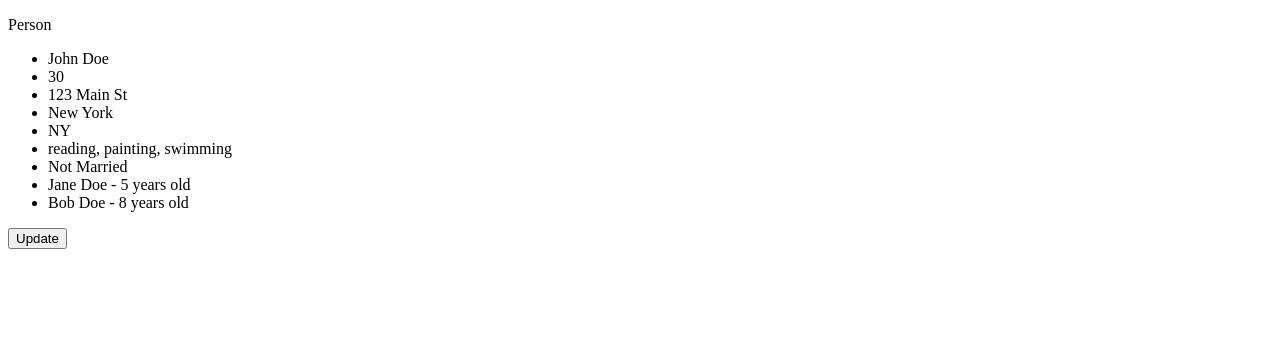
Repository: Aqui05/todo-vue
Page: /
These files come from the project's save history. The page is drawn as it stood at one moment and after the next save; the edit follows.
The browser window is 1280 px wide. The pictures show the whole page.
The project was rebuilt for these pictures with package versions that can differ from the ones it lists, and the page was loaded fresh each time. Also part of the build but not shown: vue.config.js.

Above is the page before, as saved 2024-10-31 17:12:44.

After the next save:
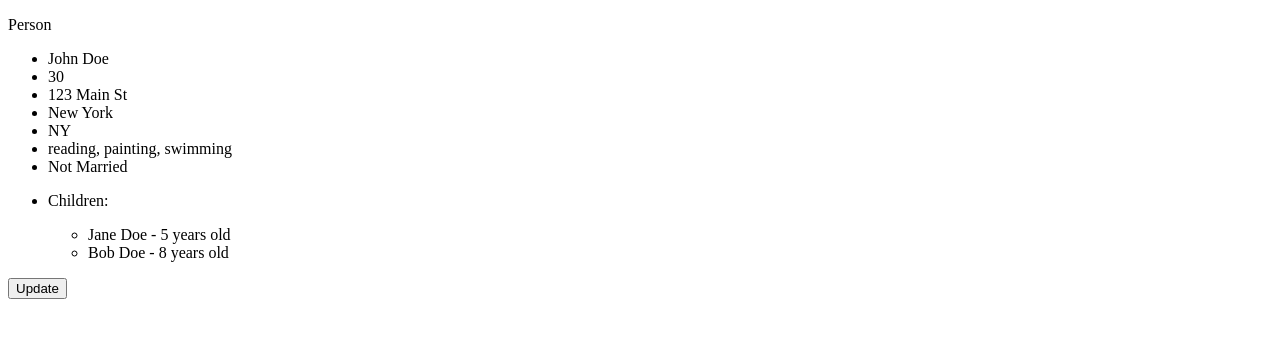
Saved 33 s later.
--- a/src/App.vue
+++ b/src/App.vue
@@ -9,8 +9,13 @@
     <li>{{ person.hobbies.join(", ") }}</li>
     <li v-if="person.isMarried">Married</li>
     <li v-else>Not Married</li>
-    <li v-for="child in person.children" :key="child.name">
-      {{ child.name }} - {{ child.age }} years old
+    <li>
+      <p>Children:</p>
+      <ul>
+        <li v-for="child in person.children" :key="child.name">
+          {{ child.name }} - {{ child.age }} years old
+        </li>
+      </ul>
     </li>
   </ul>
   <button @click="updatePerson">Update</button>
